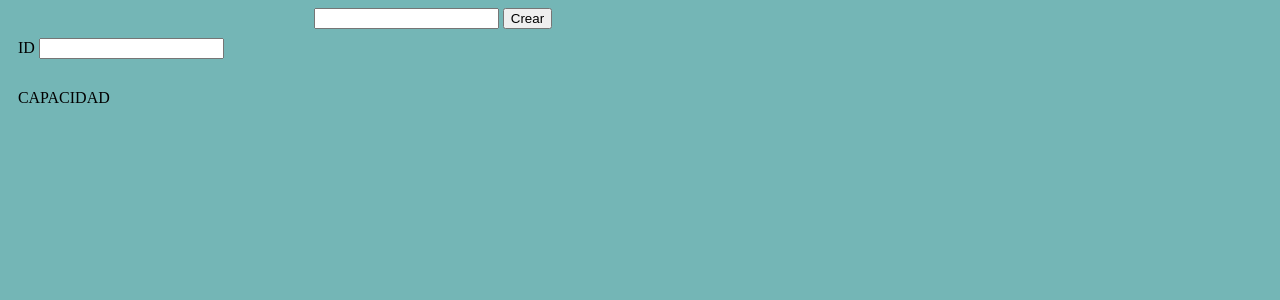
Repository: Robin-Rivadeneira/prueva_pablo
Page: index.html
An editor plug-in stored every save of this project. The page is shown before and after a run of saves, followed by the edit.
The browser window is 1280 px wide. The pictures show the whole page.

Above is the page before, as saved 2020-01-16 20:29:14.

After the next 2 saves:
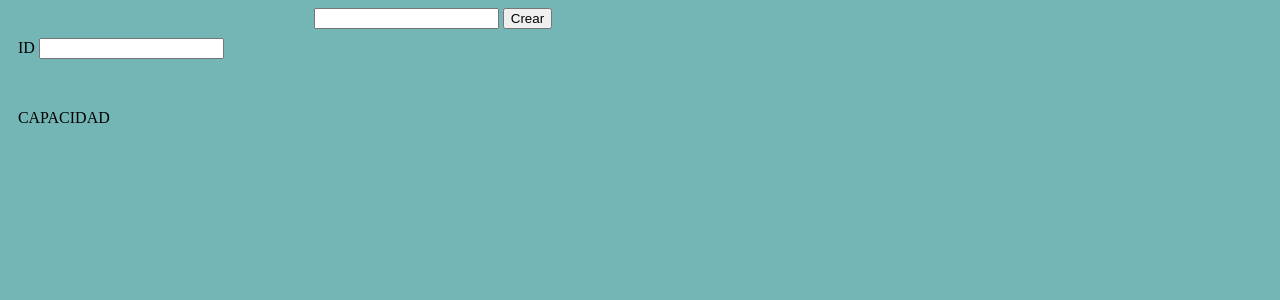
The 2 saves are shown as one change because they came seconds apart.
The last was saved 10 s later.
--- a/css/bomberos.css
+++ b/css/bomberos.css
@@ -14,6 +14,6 @@ body{
 
 .capacidad{
     position: relative;
-    top: 80px;
+    top: 100px;
     right: 200px;
 }
